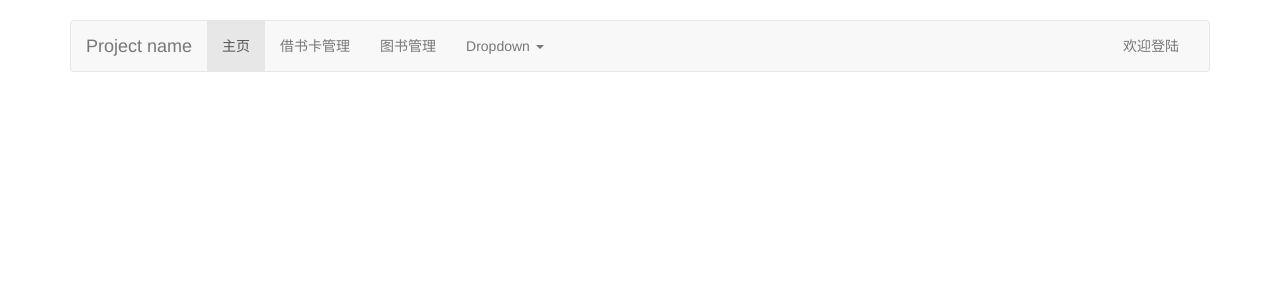
Repository: chaice/code
Page: http://localhost/web6/home
An editor plug-in stored every save of this project. The page is shown before and after the next save, followed by the edit.
The browser window is 1280 px wide. The pictures show the whole page.
Some web libraries are served in a nearby version. The page is served by Tomcat 9. The session is filled in as if someone had signed in: {"username": "testuser"}. Other server files are loaded and not shown.

Above is the page before, as saved 2016-06-01 09:46:37.

### web6/WebContent/WEB-INF/views/home.jsp
<%@ page language="java" contentType="text/html; charset=UTF-8"
	pageEncoding="UTF-8"%>
<!DOCTYPE html>
<html>
<head>
<meta charset="UTF-8">
<title>主页</title>
<link href="//cdn.bootcss.com/bootstrap/3.3.5/css/bootstrap.min.css"
	rel="stylesheet">
<style>
body {
  padding-top: 20px;
  padding-bottom: 20px;
}

.navbar {
  margin-bottom: 20px;
}
</style>
</head>

<body>

	<div class="container">
		<nav class="navbar navbar-default">
			<div class="container-fluid">
				<div class="navbar-header">
					<a class="navbar-brand" href="#">Project name</a>
				</div>
				<div id="navbar" class="navbar-collapse collapse">
					<ul class="nav navbar-nav">
						<li class="active"><a href="/home">主页</a></li>
						<li><a href="#">借书卡管理</a></li>
						<li><a href="#">图书管理</a></li>
						<li class="dropdown"><a href="#" class="dropdown-toggle"
							data-toggle="dropdown" role="button" aria-haspopup="true"
							aria-expanded="false">Dropdown <span class="caret"></span></a>
							<ul class="dropdown-menu">
								<li><a href="#">Action</a></li>
								<li><a href="#">Another action</a></li>
								<li><a href="#">Something else here</a></li>
								<li role="separator" class="divider"></li>
								<li class="dropdown-header">Nav header</li>
								<li><a href="#">Separated link</a></li>
								<li><a href="#">One more separated link</a></li>
							</ul></li>
					</ul>
					<ol class="nav navbar-nav navbar-right">
						<li><a>欢迎登陆</a></li>
					</ol>
				</div>
			</div>
		</nav>
	</div>
	<script src="//cdn.bootcss.com/jquery/1.11.3/jquery.min.js"></script>
	<script src="//cdn.bootcss.com/bootstrap/3.3.5/js/bootstrap.min.js"></script>

</body>
</html>

### web6/src/com/ccit/mservlet/Home.java
package com.ccit.mservlet;

import java.io.IOException;
import javax.servlet.ServletException;
import javax.servlet.http.HttpServlet;
import javax.servlet.http.HttpServletRequest;
import javax.servlet.http.HttpServletResponse;

public class Home extends HttpServlet {
	private static final long serialVersionUID = 1L;
    public Home() {
        super();
    }
	protected void doGet(HttpServletRequest request, HttpServletResponse response) throws ServletException, IOException {
		request.getRequestDispatcher("/WEB-INF/views/home.jsp").forward(request, response);
	}
}

After the next save:
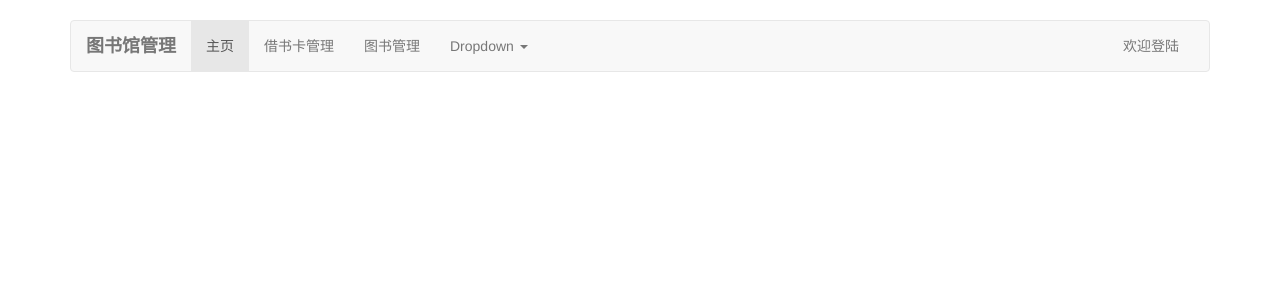
Saved 24 s later.
--- a/web6/WebContent/WEB-INF/views/home.jsp
+++ b/web6/WebContent/WEB-INF/views/home.jsp
@@ -25,7 +25,7 @@ body {
 		<nav class="navbar navbar-default">
 			<div class="container-fluid">
 				<div class="navbar-header">
-					<a class="navbar-brand" href="#">Project name</a>
+					<a class="navbar-brand" href="#"><strong>图书馆管理</strong></a>
 				</div>
 				<div id="navbar" class="navbar-collapse collapse">
 					<ul class="nav navbar-nav">
